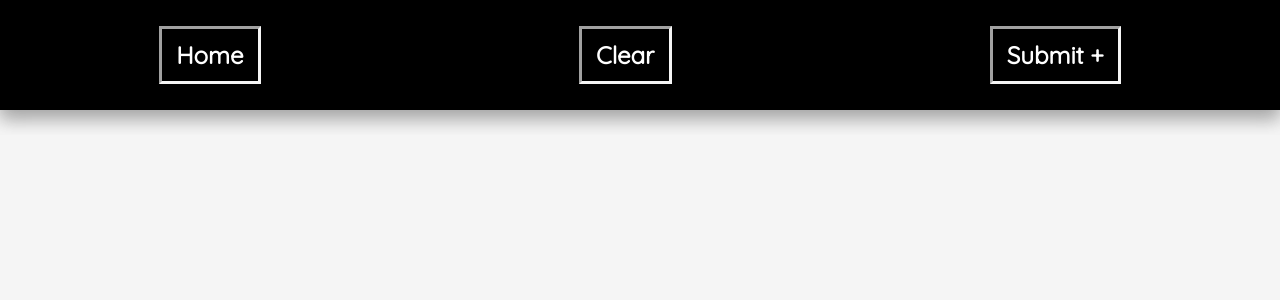
Repository: rickypcyt/WebMural
Page: /
The author's editor kept a copy of each file at every save. The page is drawn from the files as they stood at one save, then again after a run of saves.
The browser window is 1280 px wide. The pictures show the whole page.
The project was rebuilt for these pictures with package versions that can differ from the ones it lists, and the page was loaded fresh each time.

Above is the page before, as saved 2022-09-12 14:00:14.

### src/index.js
import React from "react";
import ReactDOM from "react-dom/client";
import "./csswebmural.css";
import WebMural from "./Pages/WebMural";
import reportWebVitals from "./reportWebVitals";
import { BrowserRouter, Routes, Route, Switch } from "react-router-dom";

const root = ReactDOM.createRoot(document.getElementById("root"));
root.render(
  <React.StrictMode>
    <BrowserRouter>
      <WebMural />
    </BrowserRouter>
  </React.StrictMode>
);

// If you want to start measuring performance in your app, pass a function
// to log results (for example: reportWebVitals(console.log))
// or send to an analytics endpoint. Learn more: https://bit.ly/CRA-vitals
reportWebVitals();

### src/csswebmural.css
@import url("https://fonts.googleapis.com/css2?family=Quicksand");

input[type="file"] {
  display: none;
}
.container {
  top: 0%;
  left: 0%;
}
::marker {
  display: none;
}
.paddingimxd {
  padding-top: 2%;
}
.image-container {
  width: 100%;
  margin: auto;
  display: flex;
  flex-direction: row;
  justify-content: space-evenly;
  gap: 15px;
  padding: 10px;
  background-color: whitesmoke;
}
html {
  background: whitesmoke;
}

body {
  line-height: 1;
  font-family: "Quicksand";
  font-size: large;
  margin: 0%;
  padding: 0%;
}
main {
  top: 10%;
}
ol {
  list-style: none;
  display: flex;
  padding: 0;
  align-items: flex-start;
  justify-content: space-around;
  display: flex;
  flex-wrap: wrap;
  align-content: center;
  margin: 0;
}
.content {
  position: absolute;
  right: calc(var(--pad) * 2);
  bottom: calc(var(--pad) * 2);
  white-space: nowrap;
}
.parrafo {
  line-height: 1.5;
  text-align: end;
  font-size: larger;
}
.parrafo span {
  display: block;
}
.titulo {
  margin: 0;
}
.oli {
  font-weight: bold;
  border-style: inset;
  border-color: whitesmoke;
  color: white;

  font-size: x-large;
  padding: 1ch;
}
.descripcion {
  font-weight: lighter;
  font-style: oblique;
}
.oli:hover {
  color: whitesmoke;
  border-style: outset;
  border-color: whitesmoke;
}
.page {
  padding-top: 2%;
  padding-bottom: 3%;
}
.pageContact {
  padding-top: 8%;
  padding-bottom: 9%;
}
.cabeceranavi {
  padding-bottom: 2%;
  padding-top: 2%;
  background-color: black;
  box-shadow: 0 10px 16px 0 rgb(0 0 0 / 20%), 0 6px 20px 0 rgb(0 0 0 / 19%) !important;
}
p {
  font-weight: bold;
}
a {
  color: black;
  text-decoration: none;
  padding: 0ch;
}
span {
  font-size: larger;
}
li {
  width: 7%;
  height: 10%;
}
ul {
  list-style-type: none;
  margin: 0%;
  display: flex;
  align-items: center;
  flex-direction: row;
  padding-top: 5%;
  padding-bottom: 5%;
  padding-left: 0%;
  justify-content: space-around;
}
.imagenes {
  display: block;
  height: auto;
  width: auto;
  padding-top: 5%;
  padding-bottom: 5%;

}

.imagenesproyect {
  position: relative;
}
.fixer {
  display: flex;
  flex-direction: row;
  justify-content: space-evenly;
  padding-bottom: 3%;
}
.overlay {
  position: absolute;
  top: 0.83cm;

  background: rgb(0, 0, 0);
  background: rgb(2, 0.3, 0.9, 0.6); /* Black see-through */
  color: #f1f1f1;
  width: 100%;
  transition: 0.5s ease;
  color: white;
  text-align: center;
  font-size: 20px;
  padding-top: 20px;
  padding-bottom: 20px;
  opacity: 0;
}
.imagenesproyect:hover .overlay {
  opacity: 1;
}
.overlay2 {
  position: absolute;
  bottom: 8%;
  background: rgb(0, 0, 0);
  background: rgba(40, 40, 40, 0.6); /* Black see-through */
  color: #f1f1f1;
  width: 100%;
  transition: 0.5s ease;
  color: white;
  text-align: center;
  font-size: 20px;
  padding-top: 20px;
  padding-bottom: 20px;
  opacity: 0;
}
.imagenesproyect:hover .overlay2 {
  opacity: 1;
}

.homeinfo {
  font-size: x-large;
}

@media screen and (max-width: 1340px) {
  .fixer {
    flex-direction: column;
    justify-content: center;
  }
  .imagenes {
    height: auto;
    width: 100%;
  }
  ol {
  }
}

.image-container {
  width: auto;
  margin: auto;
  /* display: flex; */
  flex-wrap: wrap;
  gap: 15px;
  padding: 10px;
}

.image-container img {
  max-width: 100%;
  max-height: 225px;
}

.container .image-container .image {
  border: 4px solid black;
  overflow: hidden;

  /* cursor: pointer; */
}

.container .image-container .image img {
  height: 100%;
  width: 100%;
}
@media (max-width: 700px) {
  .image-container img {
    max-height: -10px;
  }
}

.image:hover {
  box-shadow: 0 10px 16px 0 rgb(0 0 0 / 20%), 0 6px 20px 0 rgb(0 0 0 / 19%) !important;

  transform: scale(
    1.15
  ); /* (150% zoom - Note: if the zoom is too large, it will go outside of the viewport) */
}

### src/Pages/WebMural.js
import React, { useState } from "react";
import { Link, useMatch, useResolvedPath } from "react-router-dom";

const UploadAndDisplayImage = () => {
  const [selectedFiles, setSelectedFiles] = useState([]);
  const handleImageChange = (e) => {
    setSelectedFiles([]);
    if (e.target.files) {
      const filesArray = Array.from(e.target.files).map((file) =>
        URL.createObjectURL(file)
      );
      setSelectedFiles((prevImages) => prevImages.concat(filesArray));
      Array.from(e.target.files).map((file) => URL.revokeObjectURL(file));
    }
  };

  const renderPhotos = (source) => {
    return source.map((photo) => {
      return (
        <div class="container">
          <figure class="image-container">
            <img className="image" src={photo} alt="" key={photo} />
          </figure>
        </div>
      );
    });
  };

  return (
    <main>
      <nav className="cabeceranavi">
        <ol>
          <div>
            <div CustomLink to="/" className="oli">
              Home
            </div>
          </div>
          <nav className="oli" onClick={() => handleImageChange(null)}>
            Clear
          </nav>
          <label for="upload-button">
            <nav>
              <input
                type="file"
                id="upload-button"
                multiple="multiple"
                accept="image/*"
                onChange={handleImageChange}
              />
              <div class="oli"> Submit + </div>
            </nav>
          </label>
        </ol>
      </nav>
      {selectedFiles && (
        <div className="paddingimxd">
          <div class="image-container">{renderPhotos(selectedFiles)}</div>
        </div>
      )}
    </main>
  );
};

export default UploadAndDisplayImage;

function CustomLink({ to, children, ...props }) {
  const resolvedPath = useResolvedPath(to);
  const isActive = useMatch({ path: resolvedPath.pathname, end: true });
  return (
    <li className={isActive ? "active" : ""}>
      <Link to={to} {...props}>
        {children}
      </Link>
    </li>
  );
}

Loaded but not shown: public/index.html (common file); src/reportWebVitals.js (common file)

After the next 2 saves:
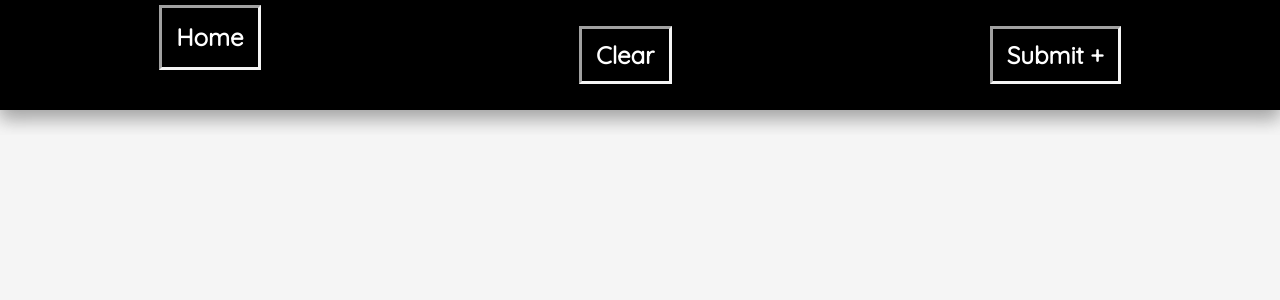
The 2 saves are shown as one change because 1 did not build or start.
The last was saved 8 s later.
--- a/src/Pages/WebMural.js
+++ b/src/Pages/WebMural.js
@@ -31,9 +31,9 @@ const UploadAndDisplayImage = () => {
       <nav className="cabeceranavi">
         <ol>
           <div>
-            <div CustomLink to="/" className="oli">
+            <CustomLink to="/" className="oli">
               Home
-            </div>
+            </CustomLink>
           </div>
           <nav className="oli" onClick={() => handleImageChange(null)}>
             Clear
